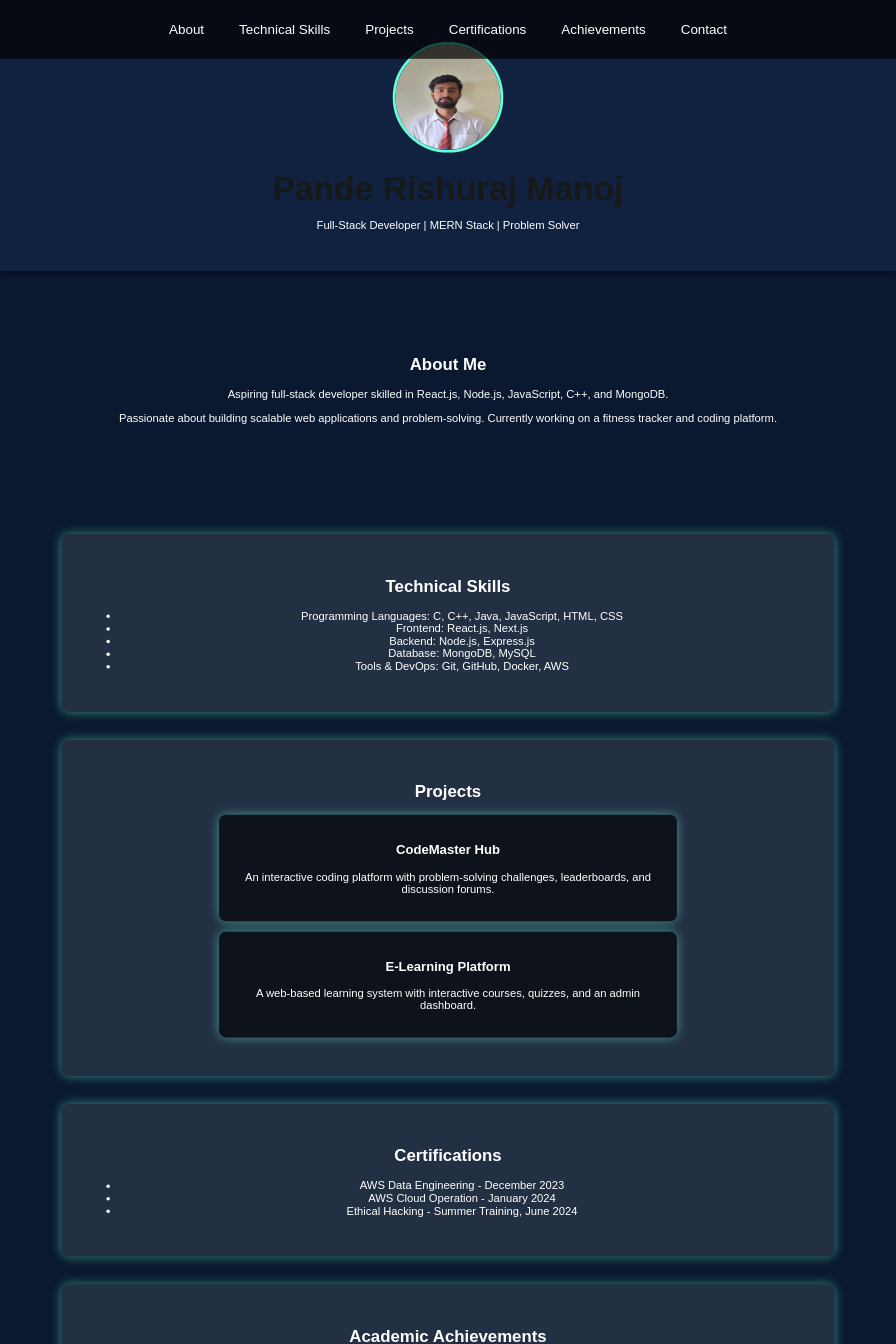
Repository: Rishuraj-Pandey/portfolio
Page: index.html
The author's editor kept a copy of each file at every save. The page is drawn from the files as they stood at one save, then again after a run of saves.
The browser window is 1280 px wide. The pictures show the part of the page from y = 0 to 1920 px (the page is 2791 px tall), at 70% of full size.

Above is the page before, as saved 2025-03-22 01:12:47.

After the next 3 saves:
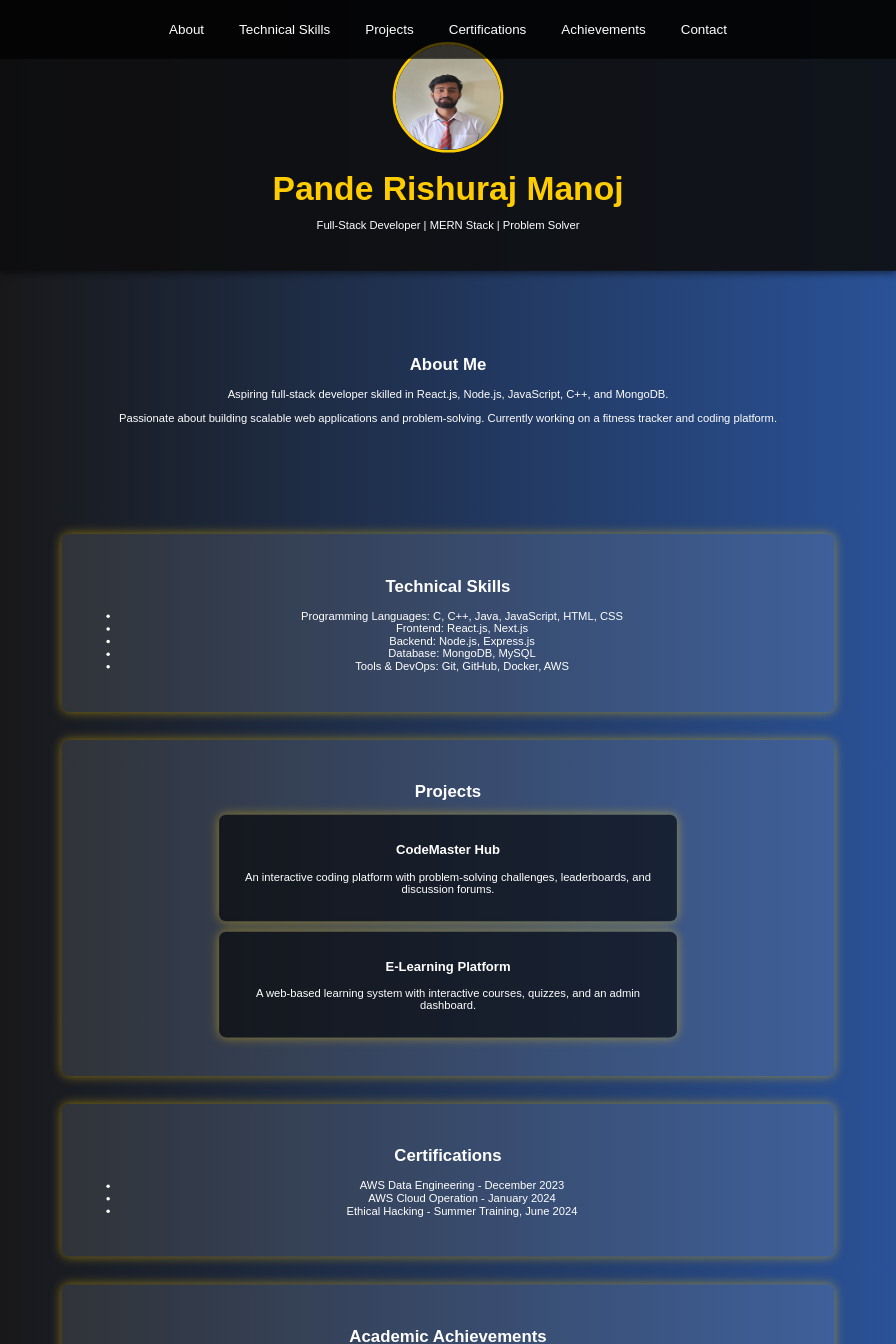
The 3 saves are shown as one change because they came seconds apart.
The last was saved 8 s later.
--- a/style.css
+++ b/style.css
@@ -2,14 +2,14 @@ body {
     font-family: 'Poppins', sans-serif;
     margin: 0;
     padding: 0;
-    background: #0a192f;
+    background: linear-gradient(to right, #181819, #2a5298);
     color: white;
     text-align: center;
     scroll-behavior: smooth;
 }
 
 header {
-    background: #112240;
+    background: rgba(14, 14, 15, 0.9);
     padding: 40px 20px;
     box-shadow: 0px 4px 10px rgba(0, 0, 0, 0.5);
 }
@@ -17,7 +17,7 @@ header {
 h1 {
     margin: 0;
     font-size: 3em;
-    color: #171818;
+    color: #ffcc00;
 }
 
 .profile-pic {
@@ -25,7 +25,7 @@ h1 {
     height: 150px;
     border-radius: 50%;
     margin: 20px 0;
-    border: 4px solid #64ffda;
+    border: 4px solid #ffcc00;
 }
 
 nav {
@@ -59,7 +59,7 @@ nav ul li a {
 }
 
 nav ul li a:hover {
-    color: #64ffda;
+    color: #ffcc00;
     transform: scale(1.1);
 }
 
@@ -73,7 +73,7 @@ section {
     border-radius: 10px;
     margin: 40px auto;
     width: 80%;
-    box-shadow: 0px 0px 15px rgba(100, 255, 218, 0.5);
+    box-shadow: 0px 0px 15px rgba(255, 204, 0, 0.5);
     animation: fadeIn 1.2s ease-in-out;
 }
 
@@ -83,17 +83,17 @@ section {
     margin: 15px auto;
     width: 60%;
     border-radius: 10px;
-    box-shadow: 0px 0px 15px rgba(100, 255, 218, 0.5);
+    box-shadow: 0px 0px 15px rgba(255, 204, 0, 0.5);
     transition: transform 0.3s, box-shadow 0.3s;
 }
 
 .project-card:hover {
     transform: scale(1.05);
-    box-shadow: 0px 0px 25px rgba(100, 255, 218, 0.8);
+    box-shadow: 0px 0px 25px rgba(255, 204, 0, 0.8);
 }
 
 .contact a {
-    color: #64ffda;
+    color: #ffcc00;
     text-decoration: none;
     font-weight: bold;
 }
